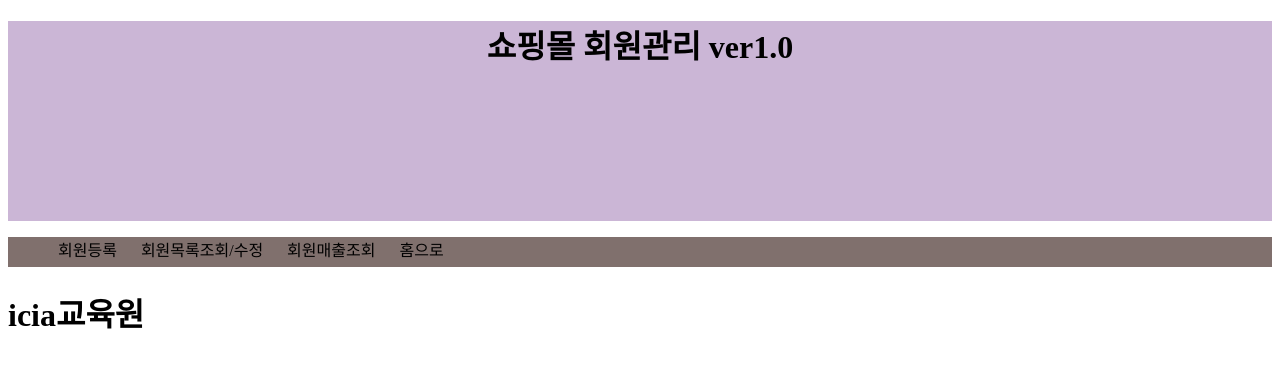
Repository: Kim-seongjun/javastudy2
Page: http://localhost/back_end_test/
The author's editor kept a copy of each file at every save. The page is drawn from the files as they stood at one save, then again after the next save.
The browser window is 1280 px wide. The pictures show the whole page.
The page is served by Tomcat 9.

Above is the page before, as saved 2020-01-22 01:13:20.

After the next save:
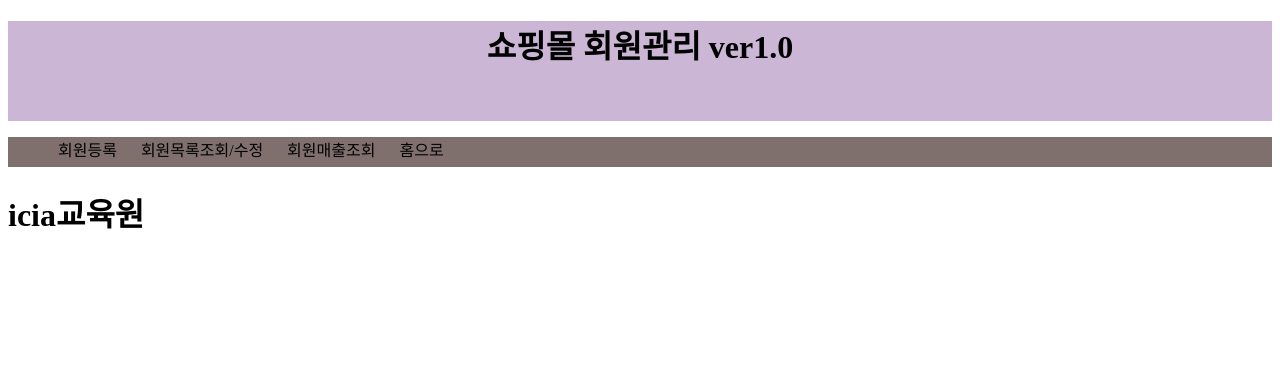
Saved 19 s later.
--- a/back_end_test/WebContent/index.jsp
+++ b/back_end_test/WebContent/index.jsp
@@ -9,7 +9,7 @@
 #header{
 	background-color: #CBB6D6;
 	text-align: center;
-	height: 200px;
+	height: 100px;
 }
 </style>
 </head>
